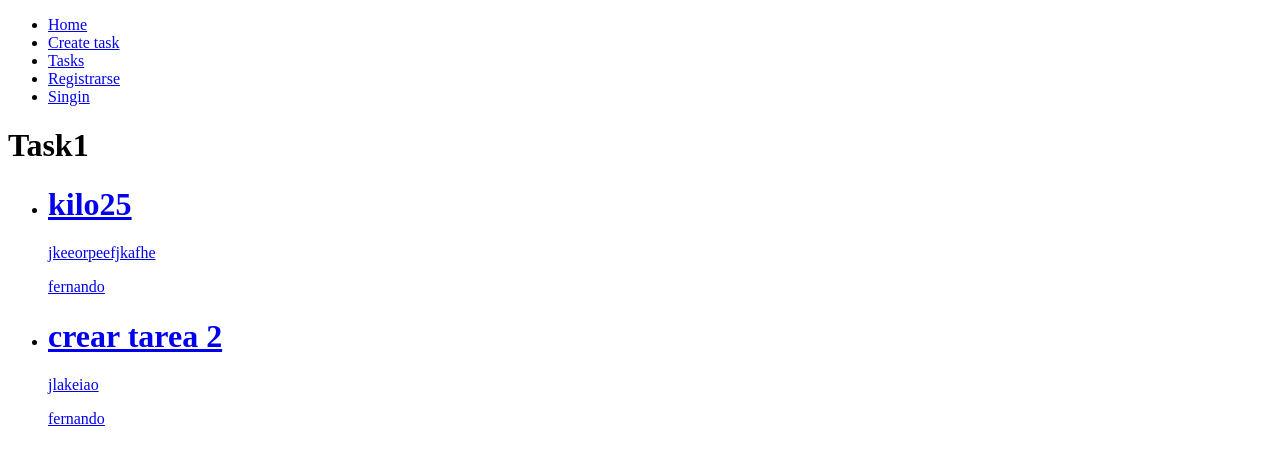
Repository: fercho9922/django-auth-crud
Page: http://localhost/tasks/
These files come from the project's save history. The page is drawn as it stood at one moment and after the next save; the edit follows.
The browser window is 1280 px wide. The pictures show the whole page.
The page is served by the project's application, run on Django 5.2 (manage.py). Other server files are loaded and not shown. The page reads the database file committed with the project.

Above is the page before, as saved 2024-04-11 12:26:05.

### tasks/templates/tasks.html
{% extends 'base.html' %}

{% block content %}

<h1>Task1</h1>

<ul>
    {% for task in tasks %}
    <li>
        <a href="{% url 'task_detail' task.id %}">
        <h1>{{task.title}}</h1>
        <p>{{task.description}}</p>
        <p>{{task.user.username}}</p>
        </a>
    </li>
    {% endfor %}
</ul>



{% endblock %}

### tasks/templates/base.html
<!DOCTYPE html>
<html lang="en">
<head>
    <meta charset="UTF-8">
    <meta name="viewport" content="width=device-width, initial-scale=1.0">
    <title>Django crud application</title>
</head>
<body>
    <nav>
        <ul>
            <li>
                <a href="/">Home</a>
            </li>
            <li>
                <a href="/tasks/create">Create task</a>
            </li>
            <li>
                <a href="/tasks">Tasks</a>
            </li>
            {% if user.is_authenticated %}
            <li>
                <a href="/logout">logout</a>
            </li>
            {% else %}
                <li>
                    <a href="/signup">Registrarse</a>
                </li>
                <li>
                    <a href="/signin">Singin</a>
                </li>
            {% endif %}
        </ul>
    </nav>
    {% block content %}
    {% endblock %}
</body>
</html>

### tasks/models.py
from django.db import models
from django.contrib.auth.models import User

# Create your models here.
class task(models.Model):
    title=models.CharField(max_length=100)
    description=models.TextField(blank=True)
    created=models.DateTimeField(auto_now_add=True)
    datecompleted=models.DateTimeField(null=True)
    important=models.BooleanField(default=False)
    user=models.ForeignKey(User, on_delete=models.CASCADE)

    def __str__(self):
        return self.title

### tasks/views.py
from django.shortcuts import render, redirect, get_object_or_404
from django.http import HttpResponse
from django.contrib.auth.forms import UserCreationForm, AuthenticationForm
from django.contrib.auth import login, logout, authenticate
from django.db import IntegrityError
from django.contrib.auth.models import User
from .forms import TaskForm
from .forms import task
# Create your views here.

def home(request):
    return render(request, 'home.html')


def signup(request):

    if request.method == 'GET':
        print('Enviando formulario')
        return render(request, 'signup.html',{
            'form':UserCreationForm
        })
    else:
        if request.POST['password1']==request.POST['password2']:
            #Registrar usuario
            try:
                user= User.objects.create_user(username=request.POST['username'],password=request.POST['password1'])
                user.save()
                login(request, user)
                return redirect('tasks')

            except IntegrityError:
                return render(request, 'signup.html', {
                'form':UserCreationForm,
                "error": 'USername already exist'
                })

        return render(request, 'signup.html', {
                'form':UserCreationForm,
                "error": 'Password do not match'
                })
        print(request.POST)
        print('Obteniendo datos')


def create_task(request):

    if request.method == 'GET':
        return render(request, 'create_task.html',{
        'form':TaskForm
    })
    else:
        try:
            form=TaskForm(request.POST)
            new_task=form.save(commit=False)
            new_task.user=request.user
            new_task.save()
            return redirect('tasks')
        except ValueError:
            return render (request, 'create_task.html',{
            'form': TaskForm,
            'error': 'please provide valida data'
            })


def task_detail(request, task_id):
    tarea=get_object_or_404(task,pk=task_id)
    form=TaskForm(instance=task)
    return render(request, 'task_detail.html',{'task':tarea, 'form':form})




def tasks(request):
    tasks=task.objects.all()
    return render(request, 'tasks.html',{'tasks': tasks})

def signout(request):
    logout(request)
    return redirect('home')

def signin(request):
   if request.method == 'GET':
    return render(request, 'signin.html',{
    'form': AuthenticationForm

    })
   else:
        user = authenticate(request, username=request.POST['username'], password=request.POST['password'])
        if user is None:
            print(request.POST)
            return render(request, 'signin.html', {
            'form': AuthenticationForm,
            'error': 'Username or password is incorrect'
            })
        else:
            login(request, user)
            return redirect('tasks')

### djangocrud/urls.py
"""
URL configuration for djangocrud project.

The `urlpatterns` list routes URLs to views. For more information please see:
    https://docs.djangoproject.com/en/5.0/topics/http/urls/
Examples:
Function views
    1. Add an import:  from my_app import views
    2. Add a URL to urlpatterns:  path('', views.home, name='home')
Class-based views
    1. Add an import:  from other_app.views import Home
    2. Add a URL to urlpatterns:  path('', Home.as_view(), name='home')
Including another URLconf
    1. Import the include() function: from django.urls import include, path
    2. Add a URL to urlpatterns:  path('blog/', include('blog.urls'))
"""
from django.contrib import admin
from django.urls import path
from tasks import views

urlpatterns = [
    path('admin/', admin.site.urls),
    path('',views.home, name='home'),
    path('signup/',views.signup, name='signup'),
    path('tasks/',views.tasks, name='tasks'),
    path('tasks/create/',views.create_task, name='create_task'),
    path('tasks/<int:task_id>/', views.task_detail, name='task_detail'),
    path('logout/',views.signout, name='logout'),
    path('signin/',views.signin, name='signini'),

]

### db.sqlite3 (the tables this page reads, as SQL)
CREATE TABLE "auth_user" ("id" integer NOT NULL PRIMARY KEY AUTOINCREMENT, "password" varchar(128) NOT NULL, "last_login" datetime NULL, "is_superuser" bool NOT NULL, "username" varchar(150) NOT NULL UNIQUE, "last_name" varchar(150) NOT NULL, "email" varchar(254) NOT NULL, "is_staff" bool NOT NULL, "is_active" bool NOT NULL, "date_joined" datetime NOT NULL, "first_name" varchar(150) NOT NULL);
INSERT INTO "auth_user" VALUES
(1, 'pbkdf2_sha256$720000$IkhvN3YN6nv20s598CdzhU$fgNrpqa0muVb1/IiKOOBAY7hbtPF5ymcfxKXI87DTa0=', NULL, 0, 'fer1', '', '', 0, 1, '2024-04-10 15:08:21.865737', ''),
(2, 'pbkdf2_sha256$720000$0Ui9cTWh9GXXBm3yYhibwu$srDogocannYyrHPWNMd/fmmfq9N19XawF0WgYaFul0w=', NULL, 0, 'fer3', '', '', 0, 1, '2024-04-10 15:38:24.179737', ''),
(3, 'pbkdf2_sha256$720000$pcql5TpGcqhWp31m5vRBrv$vfb+nRhsJ+3kEasWsBFYDz645Eeyq5PjcrxuyQ9qKec=', NULL, 0, 'fer4', '', '', 0, 1, '2024-04-10 15:39:13.257457', ''),
(4, 'pbkdf2_sha256$720000$Njacloq5yF277JbXNASrnO$nFVCnZcDIyZC2tE8PAVqhqrggxkn1oZ1vuafWYfufjk=', NULL, 0, 'fer5', '', '', 0, 1, '2024-04-10 15:39:53.810922', ''),
(5, 'pbkdf2_sha256$720000$GMoQQ2ZNdyLRzYD7sLcNS1$55atuQOjcmHSZ/4xHt95rg/QLhYIdQx4t2bTaK4X6ew=', '2024-04-10 15:50:05.402372', 0, 'fer6', '', '', 0, 1, '2024-04-10 15:50:04.897964', ''),
(6, 'pbkdf2_sha256$720000$73oNQiIJQ7DYY7hrg3ElvU$l7z0GBCNA4+oENcIUk6Lhvi97v4ulBHhA2ug8pI7F68=', '2024-04-10 16:28:17.890017', 0, 'fer9', '', '', 0, 1, '2024-04-10 16:28:17.382465', ''),
(7, 'pbkdf2_sha256$720000$d6OZUMq6fNNGohP9b3GkHB$h5OHN7tIT/e60ESQBy0dgxdwehXR7atKk3btGi2JakM=', '2024-04-10 17:35:46.250816', 0, 'fer78', '', '', 0, 1, '2024-04-10 17:35:45.744375', ''),
(8, 'pbkdf2_sha256$720000$MLKXFU7KwSqroSPqMd3MSh$WesjsrV/GtZb0VHLCaoGyhR1IIMiN1BfqlJeL+M8uWk=', '2024-04-10 17:59:11.708311', 0, 'fer7', '', '', 0, 1, '2024-04-10 17:51:03.435910', ''),
(9, 'pbkdf2_sha256$720000$lgJPbK7PMwJKYUU4Sr2j5d$qyCsMqS1dQzsVmy/Vog1RTJR/b0fDw+3WxMixvKcDpM=', '2024-04-15 18:08:32.612033', 1, 'fernando', '', 'fer@gmail.com', 1, 1, '2024-04-10 18:33:22.508217', ''),
(10, 'pbkdf2_sha256$720000$y6L0CdHKJ1s1fwysAQNpT4$bGVK0OTqBPsxj14mf8DWfiwoLB8gwLOW34X5I+XDTG4=', '2024-04-15 18:10:14.750343', 0, 'pedro', '', '', 0, 1, '2024-04-11 16:54:35.529129', '');

CREATE TABLE "tasks_task" ("id" integer NOT NULL PRIMARY KEY AUTOINCREMENT, "title" varchar(100) NOT NULL, "description" text NOT NULL, "created" datetime NOT NULL, "datecompleted" datetime NULL, "important" bool NOT NULL, "user_id" integer NOT NULL REFERENCES "auth_user" ("id") DEFERRABLE INITIALLY DEFERRED);
INSERT INTO "tasks_task" VALUES
(9, 'kilo25', 'jkeeorpeefjkafhe', '2024-04-12 18:00:57.282555', NULL, 0, 9),
(12, 'crear tarea 2', 'jlakeiao', '2024-04-15 18:09:21.291021', NULL, 0, 9);

After the next save:
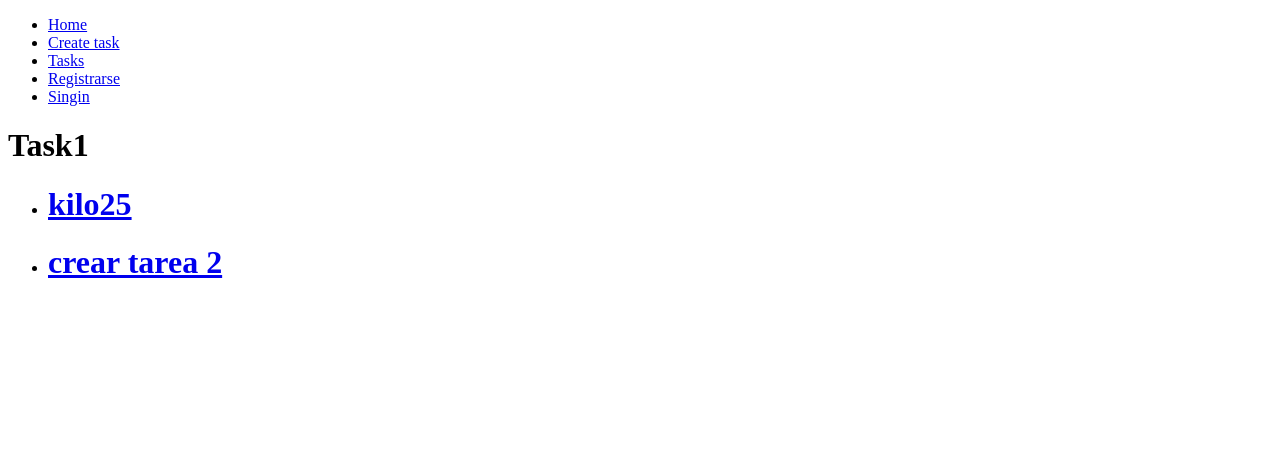
Saved 35 s later.
--- a/tasks/templates/tasks.html
+++ b/tasks/templates/tasks.html
@@ -9,8 +9,6 @@
     <li>
         <a href="{% url 'task_detail' task.id %}">
         <h1>{{task.title}}</h1>
-        <p>{{task.description}}</p>
-        <p>{{task.user.username}}</p>
         </a>
     </li>
     {% endfor %}
